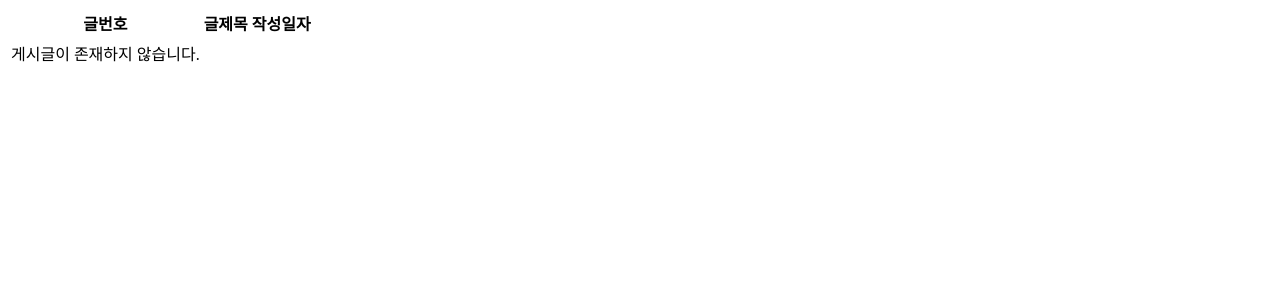
Repository: minkyung0421/NMT_Project
Page: http://localhost/MyPage_Project/list.jsp
An editor plug-in stored every save of this project. The page is shown before and after the next save, followed by the edit.
The browser window is 1280 px wide. The pictures show the whole page.
The page is served by Tomcat 9. Queries for data that is not in the repository find no rows.

Above is the page before, as saved 2018-08-30 11:20:54.

After the next save:
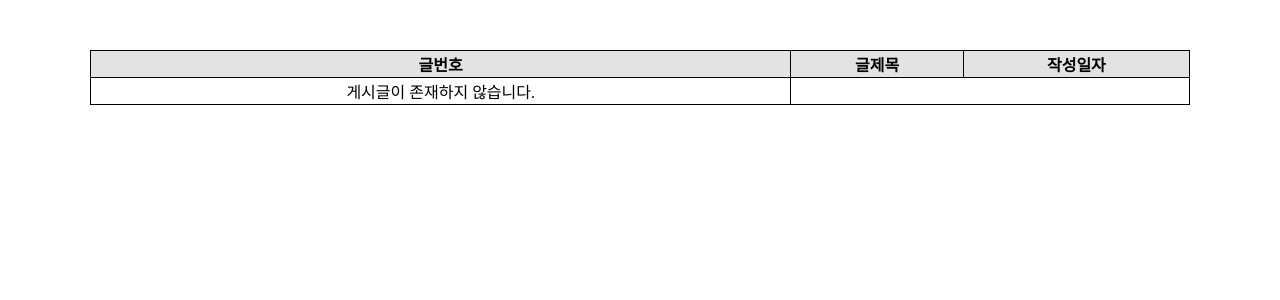
Saved 20 s later.
--- a/NMT_Project/MyPage_Project/WebContent/list.jsp
+++ b/NMT_Project/MyPage_Project/WebContent/list.jsp
@@ -6,6 +6,27 @@
 <head>
 <meta http-equiv="Content-Type" content="text/html; charset=UTF-8">
 <title>List</title>
+<style>
+
+      .body{
+
+        width:1100px;
+
+        margin:50px auto 0;
+
+        text-align: center;
+
+      }
+
+
+
+      .body, .body td, .body th{ border-collapse: collapse; border:1px solid black; box-sizing: border-box;}
+
+      .body th{background-color: #e3e3e3;}
+
+      .Btn{margin:30px auto 0; width:100px;}
+
+    </style>
 </head>
 <body>
 <%
